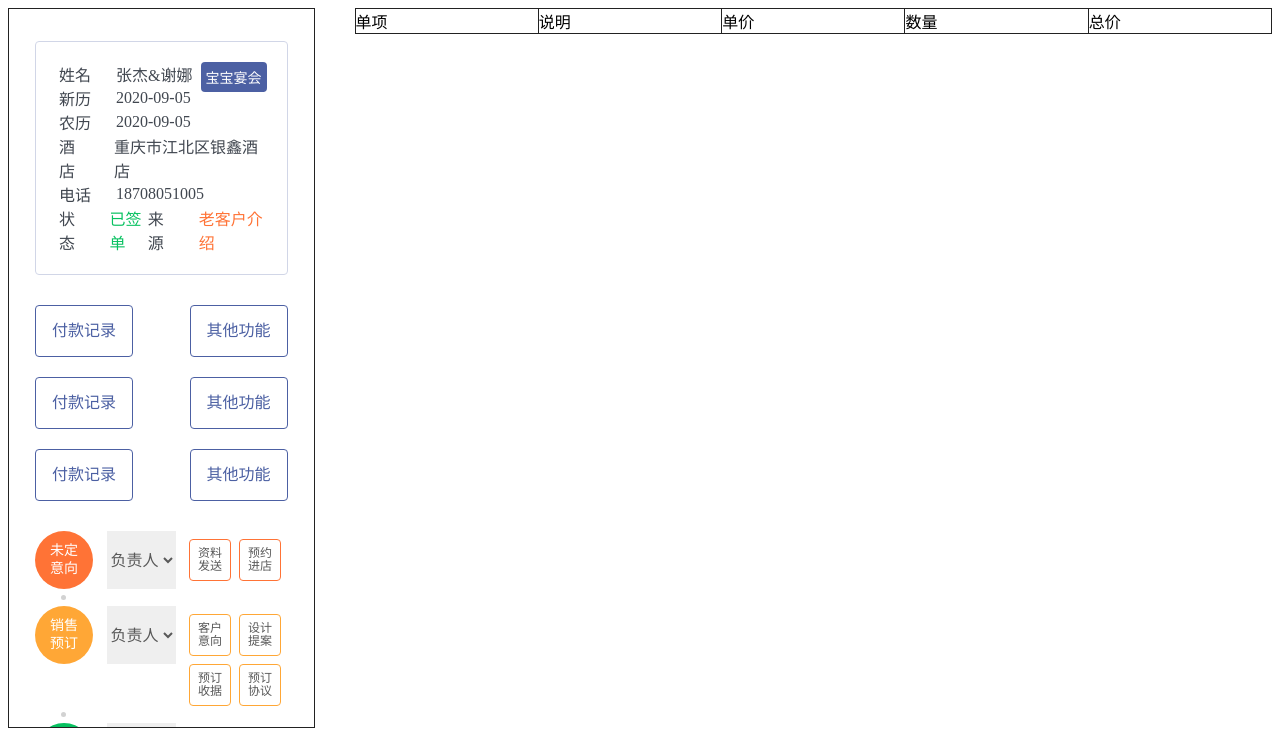
Repository: Lairuola/wedding-1
Page: index.html
The author's editor kept a copy of each file at every save. The page is drawn from the files as they stood at one save, then again after the next save.
The browser window is 1280 px wide. The pictures show the whole page.

Above is the page before, as saved 2020-12-24 15:38:09.

After the next save:
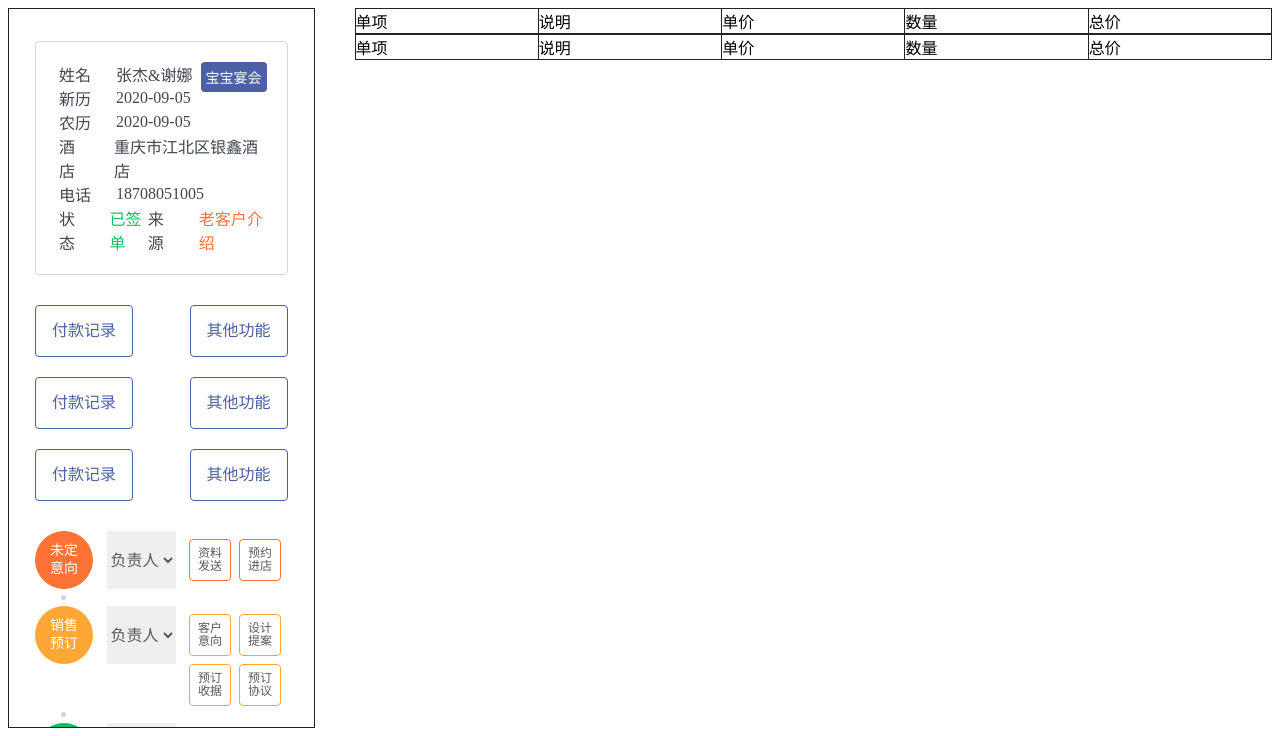
Saved 24 s later.
--- a/index.html
+++ b/index.html
@@ -2,7 +2,7 @@
  * @Author       : 濑若拉
  * @Date         : 2020-12-17 10:22:14
  * @LastEditors  : 濑若拉
- * @LastEditTime : 2020-12-24 15:38:09
+ * @LastEditTime : 2020-12-24 15:38:33
  * @FilePath     : /slidebar/index.html
 -->
 
@@ -485,6 +485,13 @@
       <div class="item">数量</div>
       <div class="item">总价</div>
     </div>
+    <div class="rows">
+      <div class="item">单项</div>
+      <div class="item">说明</div>
+      <div class="item">单价</div>
+      <div class="item">数量</div>
+      <div class="item">总价</div>
+    </div>
   </div>
 </body>
 
